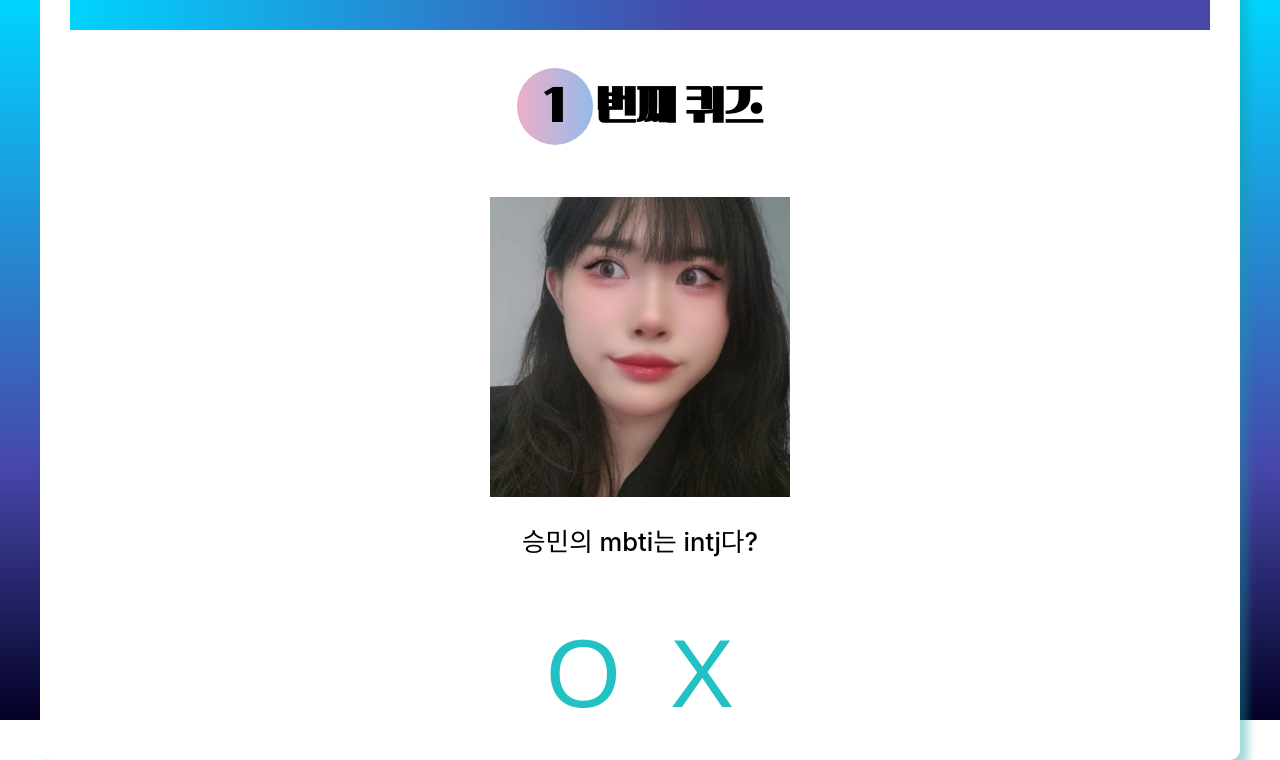
Repository: dnjfht/quiz3
Page: /quiz
These files come from the project's save history. The page is drawn as it stood at one moment and after the next save; the edit follows.
The browser window is 1280 px wide. The pictures show the whole page.
The project was rebuilt for these pictures with package versions that can differ from the ones it lists, and the page was loaded fresh each time. Also part of the build but not shown: src/components/Start.js, src/components/Score.js, src/components/Message.js, src/components/Ranking.js, src/components/NotPage.js.

Above is the page before, as saved 2023-04-15 23:19:56.

### src/index.js
import React from "react";
import ReactDOM from "react-dom/client";
import "./index.css";
import App from "./App";
import reportWebVitals from "./reportWebVitals";
import { BrowserRouter } from "react-router-dom";
import { Provider } from "react-redux";
import store from "./redux/config/configStore";

const root = ReactDOM.createRoot(document.getElementById("root"));
root.render(
  <Provider store={store}>
    <BrowserRouter>
      <App />
    </BrowserRouter>
  </Provider>
);

// If you want to start measuring performance in your app, pass a function
// to log results (for example: reportWebVitals(console.log))
// or send to an analytics endpoint. Learn more: https://bit.ly/CRA-vitals
reportWebVitals();

### src/index.css
body {
  margin: 0;
  font-family: -apple-system, BlinkMacSystemFont, "Segoe UI", "Roboto", "Oxygen",
    "Ubuntu", "Cantarell", "Fira Sans", "Droid Sans", "Helvetica Neue",
    sans-serif;
  -webkit-font-smoothing: antialiased;
  -moz-osx-font-smoothing: grayscale;
}

code {
  font-family: source-code-pro, Menlo, Monaco, Consolas, "Courier New",
    monospace;
}

@font-face {
  font-family: "ddalgifont";
  src: url("./fonts/고령딸기체+TTF.ttf");
}

@font-face {
  font-family: "chabfont";
  src: url("./fonts/chab.ttf");
}

@font-face {
  font-family: "ddagfont";
  src: url("./fonts/ddag.ttf");
}

### src/App.js
import styled from "styled-components";
import Router from "./shared/Router";

const Wrap = styled.div`
  width: 100%;
  height: 100vh;
  background: rgb(2, 0, 36);
  background: linear-gradient(
    0deg,
    rgba(2, 0, 36, 1) 0%,
    rgba(71, 71, 170, 1) 35%,
    rgba(0, 212, 255, 1) 100%
  );

  position: relative;
`;

const ContentWrap = styled.div`
  width: 1200px;
  height: 800px;
  padding: 30px;
  box-sizing: border-box;
  background-color: white;
  border-radius: 10px;
  box-shadow: 8px 8px 8px rgba(21, 159, 161, 0.4);

  position: absolute;
  top: 50%;
  margin-top: -400px;
  left: 50%;
  margin-left: -600px;
`;

function App() {
  return (
    <Wrap>
      <ContentWrap>
        <Router />
      </ContentWrap>
    </Wrap>
  );
}

export default App;

### src/redux/config/configStore.js
import { combineReducers, createStore, applyMiddleware } from "redux";
import thunk from "redux-thunk";
import quiz from "../modules/quiz";
import rank from "../modules/rank";

const middlewares = [thunk];
// 미들웨어들도 하나로 묶어줘야 힘.

const rootReducer = combineReducers({
  quiz: quiz,
  rank: rank,
});

const enhancer = applyMiddleware(...middlewares);
// reducer 말고 옵셔널하게 추가하는 애들의 모음.
// 여기 미들웨어를 적용해 넣을 거임.

const store = createStore(rootReducer, enhancer);
export default store;

### src/shared/Router.js
import React from "react";
import { Routes, Route } from "react-router-dom";
import Start from "../components/Start";
import Quiz from "../components/Quiz";
import Score from "../components/Score";
import Message from "../components/Message";
import Ranking from "../components/Ranking";
import NotPage from "../components/NotPage";

export default function Router() {
  return (
    <>
      <Routes>
        <Route path="/" element={<Start />} />
        <Route path="/quiz" element={<Quiz />} />
        <Route path="/score" element={<Score />} />
        <Route path="/message" element={<Message />} />
        <Route path="/ranking" element={<Ranking />} />
        <Route path="*" element={<NotPage />} />
      </Routes>
    </>
  );
}

### src/redux/modules/quiz.js
// action value
const ADDUSERANSWER = "add_user_answer";
const RESETUSERANSWER = "reset_user_answer";

// action creator

export const AddUserAnswer = (payload) => {
  return {
    type: ADDUSERANSWER,
    payload: payload,
  };
};

export const ResetUserAnswer = (payload) => {
  return {
    type: RESETUSERANSWER,
    payload: payload,
  };
};

// initialState
const initialState = {
  name: "유승민",
  quiz_list: [
    {
      image: "assets/1.png",
      quiz: "승민의 mbti는 intj다?",
      answer: false,
    },
    {
      image: "assets/2.png",
      quiz: "승민은 공감을 잘해주는 사람을 좋아한다?",
      answer: true,
    },
    {
      image: "assets/3.png",
      quiz: "승민은 사람들이랑 대화하고 알아가는 것을 즐긴다?",
      answer: true,
    },
    {
      image: "assets/4.png",
      quiz: "승민은 자기개발하는걸 좋아한다?",
      answer: true,
    },
    {
      image: "assets/5.png",
      quiz: "승민의 관심있을 때 하는 행동은 선톡을 하는 것이다?",
      answer: true,
    },
    {
      image: "assets/6.png",
      quiz: "승민은 불같은 연애보다 서로 믿고 의지할 수 있는 연애를 선호한다?",
      answer: true,
    },
    {
      image: "assets/7.png",
      quiz: "승민은 계획을 세우고 차근차근 계획에 옮기는걸 선호한다?",
      answer: true,
    },
    {
      image: "assets/8.png",
      quiz: "승민은 놀이기구 타는 것을 좋아한다?",
      answer: false,
    },
    {
      image: "assets/9.png",
      quiz: "승민은 고1 때부터 흡연을 했다?",
      answer: false,
    },
    {
      image: "assets/10.png",
      quiz: "승민은 소개팅을 나간 적이 있다?",
      answer: false,
    },
    {
      image: "assets/11.png",
      quiz: "승민은 소개팅과 같은 인위적인 만남을 좋아한다?",
      answer: false,
    },
    {
      image: "assets/12.png",
      quiz: "승민은 연인과 갈등이 있을 때 대화로 푸는 것을 선호한다?",
      answer: true,
    },
    {
      image: "assets/13.png",
      quiz: "승민은 연애할 때 항상 상대방의 기분이 우선이다?",
      answer: true,
    },
    {
      image: "assets/14.png",
      quiz: "승민은 좋아하는 사람에게 선물주는 것을 좋아한다?",
      answer: true,
    },
    {
      image: "assets/15.png",
      quiz: "승민은 감수성이 풍부해서 슬픈 영화나 만화를 보고 잘 운다?",
      answer: true,
    },
    {
      image: "assets/16.png",
      quiz: "승민은 본래 무뚝뚝한 성격이다?",
      answer: true,
    },
    {
      image: "assets/17.png",
      quiz: "승민의 노래방 18번곡은 나비무덤이다?",
      answer: false,
    },
    {
      image: "assets/18.png",
      quiz: "승민은 핫플을 돌아다니면서 맛집 탐방을 하고 사진 찍는 데이트를 선호한다?",
      answer: true,
    },
    {
      image: "assets/19.png",
      quiz: "승민은 연애할 때 꽃이나 편지 받는걸 좋아한다?",
      answer: true,
    },
    {
      image: "assets/20.png",
      quiz: "승민은 번호를 따인 적이 있다?",
      answer: false,
    },
  ],
  user_answer: [],
  result_text: {
    40: "나랑 친하지 않은가보군?😑",
    60: "나랑 좀 더 친해져야겠다🙃",
    80: "내적 친밀감 80퍼센트!😎",
    100: "뭐야, 넌 내 소울메이트...!?💖",
  },
};

// reducer

const quiz = (state = initialState, action) => {
  switch (action.type) {
    case ADDUSERANSWER: {
      const newUserAnswer = [...state.user_answer, action.payload];
      return { ...state, user_answer: newUserAnswer };
    }
    case RESETUSERANSWER: {
      return { ...state, user_answer: [] };
    }
    default:
      return state;
  }
};

export default quiz;

### src/redux/modules/rank.js
import { db } from "../../firebase";
import {
  collection,
  getDocs,
  addDoc,
  doc,
  updateDoc,
  deleteDoc,
  getDoc,
} from "firebase/firestore";

// action value
const ADDUSERNAME = "add_user_name";
const GETRANK = "get_rank";
const ADDRANK = "add_rank";

// action creator
export const GetRank = (payload) => {
  return {
    type: GETRANK,
    payload: payload,
  };
};

export const AddUserName = (payload) => {
  return {
    type: ADDUSERNAME,
    payload: payload,
  };
};

export const AddRank = (payload) => {
  return {
    type: ADDRANK,
    payload: payload,
  };
};

export const loadQuizFB = () => {
  return async function (dispatch) {
    const quiz_data = await getDocs(collection(db, "quiz"));
    console.log(quiz_data);

    let quiz_list = [];

    quiz_data.forEach((doc) => {
      console.log(doc.data());
      quiz_list.push({ id: doc.id, ...doc.data() });
    });

    console.log(quiz_list);

    dispatch(GetRank(quiz_list));
  };
};

export const addQuizFB = (payload) => {
  return async function (dispatch) {
    const docRef = await addDoc(collection(db, "quiz"), payload);
    // const _quiz = await getDoc(docRef);
    // const quiz = { id: _quiz.id, ..._quiz.data() };
    // dispatch(AddRank(quiz));

    // 추가한 데이터 중 id를 가져와서 bucket_data 만들기.
    // const bucket_data = { id: docRef.id, ...payload };
    // // 마지막으로 액션 일으키기 (수정해달라고 요청)
    // dispatch(createWidget(bucket_data));
  };
};

// initialState
const initialState = {
  user_name: "",
  rank: [
    // { score: 100, name: "방가방가", comment: "다들 잘생겼다" },
    // { score: 40, name: "이하늘", comment: "너무 어려운데..." },
    // { score: 60, name: "오하요~!", comment: "잘 생긴 사람이 곧 이상형" },
  ],
};

// reducer
const rank = (state = initialState, action) => {
  switch (action.type) {
    case GETRANK: {
      console.log(action.payload);
      return { ...state, rank: action.payload };
    }
    case ADDUSERNAME: {
      return { ...state, user_name: action.payload };
    }
    case ADDRANK: {
      const new_rank_data = [...state.rank, action.payload];
      return { ...state, rank: new_rank_data };
    }
    default:
      return state;
  }
};
export default rank;

### src/components/Quiz.js
import React from "react";
import styled from "styled-components";
import Progress from "./Progress";
import { useSelector, useDispatch } from "react-redux";
import quiz, { AddUserAnswer } from "../redux/modules/quiz";
import { useEffect } from "react";
import { useNavigate } from "react-router-dom";

const Wrap = styled.div`
  width: 100%;
  height: 100%;

  display: flex;
  flex-direction: column;
  justify-content: space-between;
  align-items: center;
`;

const QuizWrap = styled.div`
  width: 100%;
  height: 680px;

  display: flex;
  flex-direction: column;
  align-items: center;
  justify-content: space-between;
`;

const QuizNumber = styled.h1`
  font-size: 2.6rem;
  font-family: "ddagfont";

  & > span {
    margin-right: 4px;
    padding: 10px 26px;
    background: rgb(238, 174, 202);
    background: linear-gradient(
      90deg,
      rgba(238, 174, 202, 1) 0%,
      rgba(148, 187, 233, 1) 100%
    );
    border-radius: 100px;
  }
`;

const QuizImg = styled.img`
  width: 300px;
  height: 300px;
`;

const Question = styled.h3`
  width: 100%;
  margin-top: -10px;

  font-size: 1.6rem;
  text-align: center;
  font-weight: 500;
`;

const AnswerSelector = styled.div`
  width: 200px;

  display: flex;
  flex-direction: row;
  justify-content: space-between;
`;

const AnswerSelectorButton = styled.button`
  background-color: transparent;
  border: none;

  font-size: 6rem;
  color: rgb(34, 193, 195);

  transition: all 0.8s;

  &:hover {
    color: rgb(253, 187, 45);

    cursor: pointer;
  }
`;

export default function Quiz() {
  const dispatch = useDispatch();
  const quiz_list = useSelector((state) => state.quiz.quiz_list);
  console.log(quiz_list);
  const user_answer = useSelector((state) => state.quiz.user_answer);
  console.log(user_answer);

  const navigate = useNavigate();

  useEffect(() => {
    if (quiz_list.length === user_answer.length) {
      navigate("/score");
      return;
    }
  }, [user_answer]);

  if (quiz_list.length === user_answer.length) {
    return null;
  }

  return (
    <Wrap>
      <Progress />
      <QuizWrap>
        <QuizNumber>
          <span>{user_answer.length + 1}</span>번째 퀴즈
        </QuizNumber>

        <QuizImg
          src={
            process.env.PUBLIC_URL + `${quiz_list[user_answer.length].image}`
          }
        />

        <Question>{quiz_list[user_answer.length].quiz}</Question>

        <AnswerSelector>
          <AnswerSelectorButton
            onClick={() => {
              dispatch(AddUserAnswer(true));
            }}
          >
            O
          </AnswerSelectorButton>
          <AnswerSelectorButton
            onClick={() => {
              dispatch(AddUserAnswer(false));
            }}
          >
            X
          </AnswerSelectorButton>
        </AnswerSelector>
      </QuizWrap>
    </Wrap>
  );
}

### src/firebase.js
// Import the functions you need from the SDKs you need
import { initializeApp } from "firebase/app";
import { getFirestore } from "firebase/firestore";
// TODO: Add SDKs for Firebase products that you want to use
// https://firebase.google.com/docs/web/setup#available-libraries

// Your web app's Firebase configuration
// For Firebase JS SDK v7.20.0 and later, measurementId is optional
const firebaseConfig = {
  apiKey: "AIzaSyAQCzx3TeRMhfQ14uI1xPuxKIeyOukr2zs",
  authDomain: "seungmin-s-quiz2.firebaseapp.com",
  projectId: "seungmin-s-quiz2",
  storageBucket: "seungmin-s-quiz2.appspot.com",
  messagingSenderId: "764474150624",
  appId: "1:764474150624:web:e3932df48db64f86c44a85",
  measurementId: "G-NK0EYYQQFF",
};

// Initialize Firebase
const app = initializeApp(firebaseConfig);
export const db = getFirestore(app);

### src/components/Progress.js
import React from "react";
import { useSelector } from "react-redux";
import styled from "styled-components";

const Wrap = styled.div`
  width: 100%;
  height: 40px;
  background: rgb(2, 0, 36);
  background: linear-gradient(
    90deg,
    rgba(0, 212, 255, 1) 0%,
    rgba(71, 71, 170, 1) 55%
  );
`;

const ProgressBar = styled.div`
  width: ${(props) => props.percent};
  height: 100%;
  background: rgb(0, 255, 235);
  background: linear-gradient(
    0deg,
    rgba(0, 255, 235, 1) 0%,
    rgba(255, 244, 219, 1) 100%
  );

  transition: all 0.5s;
`;

export default function Progress() {
  const user_answer = useSelector((state) => state.quiz.user_answer);
  const quiz_list = useSelector((state) => state.quiz.quiz_list);

  const percent = (100 / quiz_list.length) * user_answer.length + "%";
  console.log(percent);

  return (
    <Wrap>
      <ProgressBar percent={percent} />
    </Wrap>
  );
}

Loaded but not shown: public/index.html (common file); src/reportWebVitals.js (common file)

After the next save:
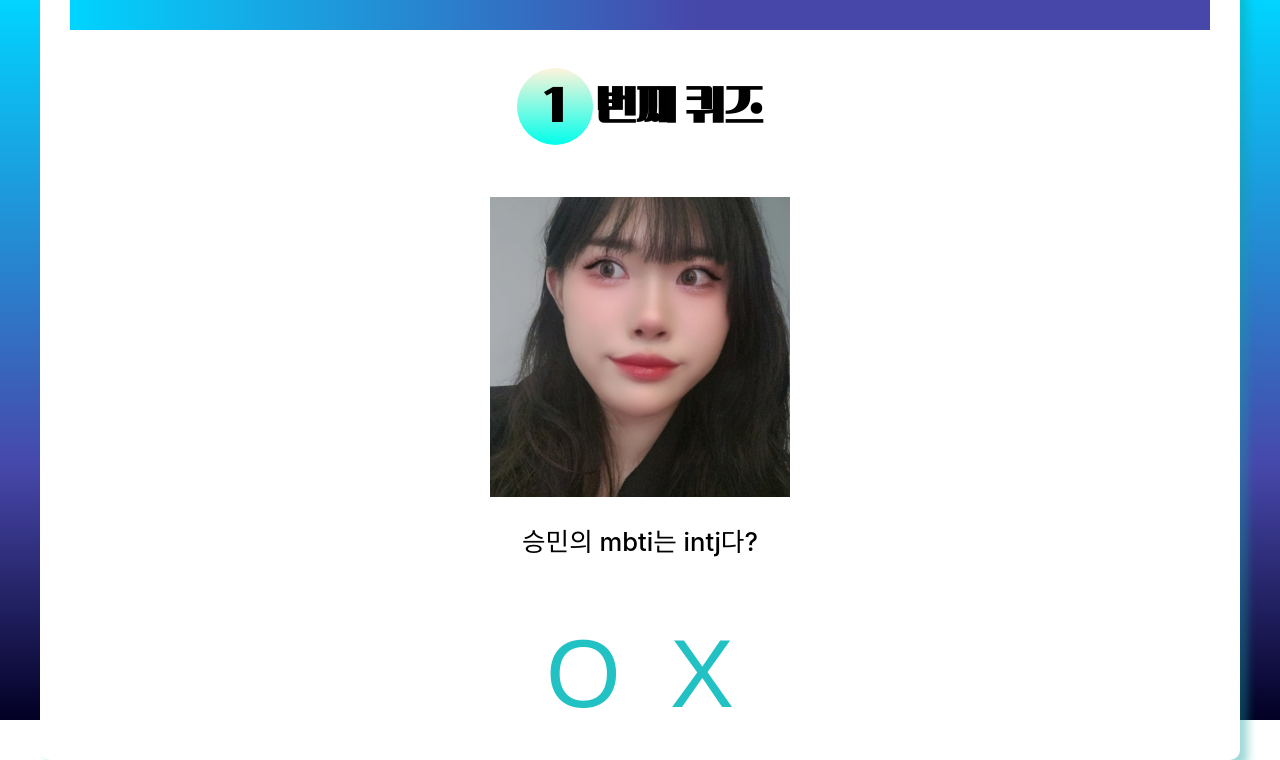
Saved 27 s later.
--- a/src/components/Quiz.js
+++ b/src/components/Quiz.js
@@ -33,11 +33,11 @@ const QuizNumber = styled.h1`
   & > span {
     margin-right: 4px;
     padding: 10px 26px;
-    background: rgb(238, 174, 202);
+    background: rgb(0, 255, 235);
     background: linear-gradient(
-      90deg,
-      rgba(238, 174, 202, 1) 0%,
-      rgba(148, 187, 233, 1) 100%
+      0deg,
+      rgba(0, 255, 235, 1) 0%,
+      rgba(255, 244, 219, 1) 100%
     );
     border-radius: 100px;
   }
